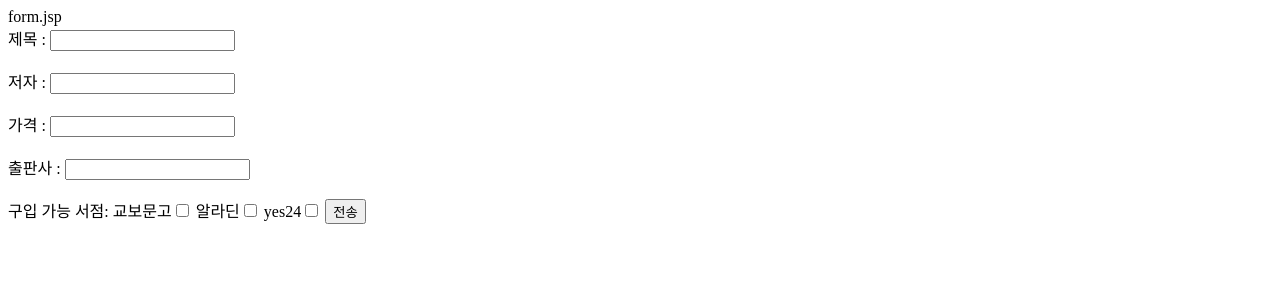
Repository: ChanhoPark-s/academyStudy
Page: http://localhost/10_Valid_Book/form
An editor plug-in stored every save of this project. The page is shown before and after the next save, followed by the edit.
The browser window is 1280 px wide. The pictures show the whole page.
The page is served by Tomcat 9. Other server files are loaded and not shown. The template is opened directly, without the code that normally fills it, so the values that code supplies are empty.

Above is the page before, as saved 2022-08-19 07:23:02.

### 10_Valid_Book/src/main/webapp/WEB-INF/views/form.jsp
<%@ page language="java" contentType="text/html; charset=UTF-8"
    pageEncoding="UTF-8"%>
 <style>
 	.c{
 		size: 2px;
 		font-weight: bold;
 		color : red;
 	}

 </style>


form.jsp<br>

<%@taglib prefix="form" uri="http://www.springframework.org/tags/form" %>
<form:form commandName="bb" action="inputProc" method="post">

	제목 : <input type="text" name="title" value="${bb.title }">
		<form:errors cssClass="c" path="title"/><br><br>

	저자 : <input type="text" name="author" value="${bb.author }">
		<form:errors cssClass="c" path="author"/><br><br>

	가격 : <input type="text" name="price" value="${bb.price }">
		<form:errors cssClass="c" path="price"/><br><br>

	출판사 : <input type="text" name="publisher" value="${bb.publisher }">
		<form:errors cssClass="c" path="publisher"/><br><br>

	구입 가능 서점:
		교보문고<input type="checkbox" name="bookstore" value="교보문고">
		알라딘<input type="checkbox" name="bookstore" value="알라딘">
		yes24<input type="checkbox" name="bookstore" value="yes24">

	<input type="submit" value="전송">
</form:form>

<!-- 제목 ㅣ 제목 입력 누락
저자 : 저자 입렭누락, 5글자 이상으로 입력,
가격 : 숫자로 입력, 5자리 이하로 입력
출판사 : 출판사 입력 누락

result.jsp에서 결과출력
-->

After the next save:
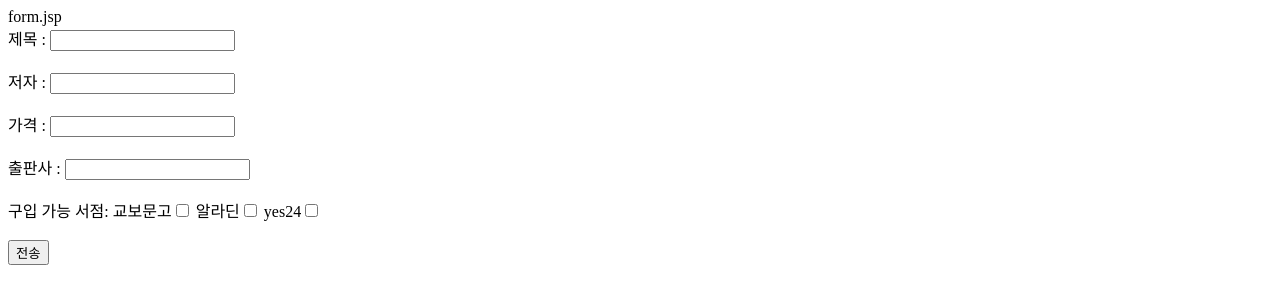
Saved 6 s later.
--- a/10_Valid_Book/src/main/webapp/WEB-INF/views/form.jsp
+++ b/10_Valid_Book/src/main/webapp/WEB-INF/views/form.jsp
@@ -30,7 +30,7 @@ form.jsp<br>
 	구입 가능 서점:
 		교보문고<input type="checkbox" name="bookstore" value="교보문고">
 		알라딘<input type="checkbox" name="bookstore" value="알라딘">
-		yes24<input type="checkbox" name="bookstore" value="yes24">
+		yes24<input type="checkbox" name="bookstore" value="yes24"> <br><br>
 
 	<input type="submit" value="전송">
 </form:form>
